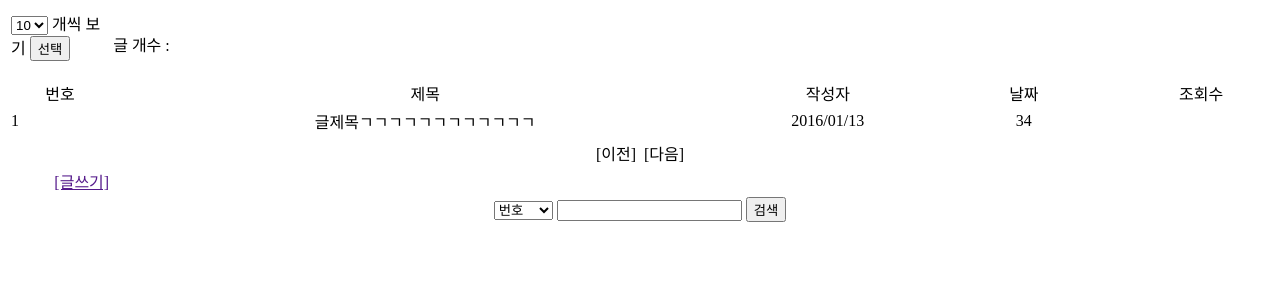
Repository: ekgus419/hckj
Page: http://localhost/Railro/WEB-INF/views/index.jsp
These files come from the project's save history. The page is drawn as it stood at one moment and after the next save; the edit follows.
The browser window is 1280 px wide. The pictures show the whole page.
The page is served by Tomcat 9. Nobody is signed in. Other server files are loaded and not shown. The template is opened directly, without the code that normally fills it, so the values that code supplies are empty.

Above is the page before, as saved 2016-08-18 06:30:12.

### Railro/src/main/webapp/WEB-INF/views/index.jsp
<%@ page language="java" pageEncoding="UTF-8" trimDirectiveWhitespaces="true"%>

<div id="content">
	<table class="board_list">
		<tr class="board_header">
			<td id="board_list_limit">
				<form action="" method="get">
					<select name="limit">
						<option value="5">5</option>
						<option value="10" selected="selected">10</option>
						<option value="15">15</option>
						<option value="20">20</option>
					</select>
					개씩 보기
					<input class="submit" type="submit" value="선택"/>
				</form>
			</td>
			<td id="board_list_num">
			글 개수 :
			</td>
		</tr>
		<tr class="board_list_col" align="center" valign="middle">
			<td width="8%">
				<div align="center">번호</div>
			</td>
			<td width="50%">
				<div align="center">제목</div>
			</td>
			<td width="14%">
				<div align="center">작성자</div>
			</td>
			<td width="17%">
				<div align="center">날짜</div>
			</td>
			<td width="11%">
				<div align="center">조회수</div>
			</td>
		</tr>
		<tr class="board_list_contents" align="center" valign="middle"
			onmouseover="this.style.backgroundColor='#E8E8E8'"
			onmouseout="this.style.backgroundColor=''">
			<td>
				<div align="left">1</div>
			</td>
			<td>
				<div align="center">글제목ㄱㄱㄱㄱㄱㄱㄱㄱㄱㄱㄱㄱ</div>
			</td>
			<td>
				<div align="center">2016/01/13</div>
			</td>
			<td>
				<div align="center">34</div>
			</td>
		</tr>
		<tr>
		<td><div class="white_space"></div></td>
		</tr>
		<tr align=center>
			<td colspan=7>
				[이전]&nbsp;
				[다음]
			</td>
		</tr>
		<tr align="left">
			<td align="right">
		   		<a href="">[글쓰기]</a>
			</td>
		</tr>
		<tr align="center">
			<td colspan="5">
				<form action="" method="get">
					<select name="keyField">
						<option value="BOARD_NUM">번호</option>
						<option value="BOARD_ID">작성자</option>
						<option value="BOARD_SUBJECT">제목</option>
					</select>
					<input type="text" name="keyWord"/>
					<input class="submit" type="submit" value="검색"/>
				</form>
			</td>
		</tr>
	</table>
</div>

After the next save:
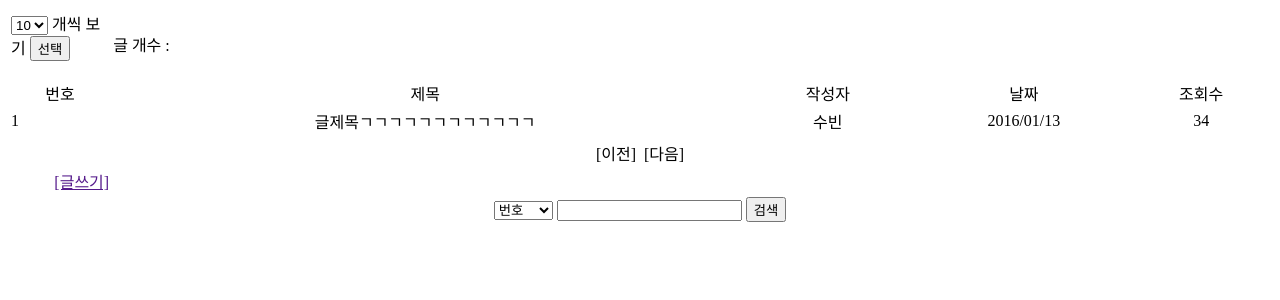
Saved 26 s later.
--- a/Railro/src/main/webapp/WEB-INF/views/index.jsp
+++ b/Railro/src/main/webapp/WEB-INF/views/index.jsp
@@ -46,6 +46,9 @@
 				<div align="center">글제목ㄱㄱㄱㄱㄱㄱㄱㄱㄱㄱㄱㄱ</div>
 			</td>
 			<td>
+				<div align="center">수빈</div>
+			</td>
+			<td>
 				<div align="center">2016/01/13</div>
 			</td>
 			<td>
